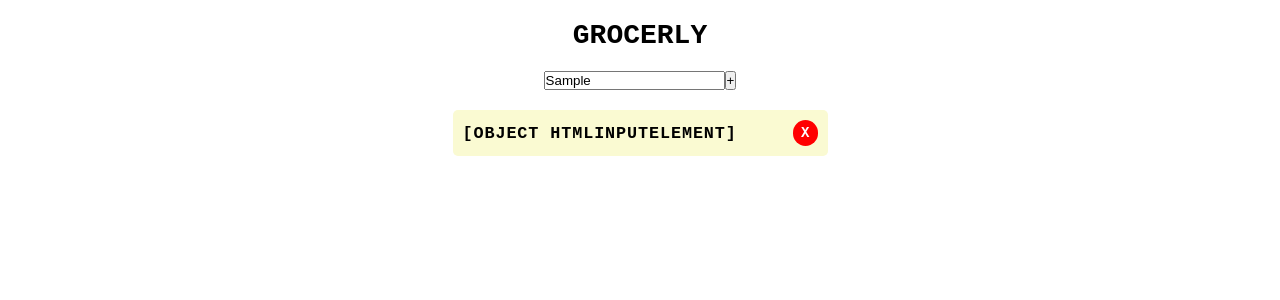
Repository: vikatgen/grocery-list
Page: index.html
These files come from the project's save history. The page is drawn as it stood at one moment and after the next save; the edit follows.
The browser window is 1280 px wide. The pictures show the whole page.
Empty fields were first filled with sample values (such as "Sample", 5 or name@example.com).
After loading, the first visible `#submit-button` was clicked once.

Above is the page before, as saved 2020-03-25 17:53:40.

### index.html
<!DOCTYPE html>
<html lang="en">
  <head>
    <meta charset="UTF-8" />
    <meta name="viewport" content="width=device-width, initial-scale=1.0" />
    <link rel="stylesheet" href="style.css" />
    <title>Grocerly</title>
  </head>
  <body>
    <header><span>Grocerly</span></header>
    <main>
      <div class="container input-container">
        <input type="text" id="add-grocery-input" />
        <input type="submit" value="+" id="submit-button" />
      </div>
    </main>
    <section>
      <div id="list-container" class="container"></div>
    </section>
    <script src="/app.js"></script>
  </body>
</html>

### style.css
* {
  padding: 0;
  margin: 0;
  box-sizing: border-box;
}

html {
  font-size: 14px;
  width: 100%;
  height: 100%;
}

.container {
  width: 90%;
  max-width: 375px;
}

header {
  width: 100%;
  display: flex;
  justify-content: center;
  padding: 20px 0px;
}

header span {
  font-size: 2rem;
  font-weight: bold;
  text-transform: uppercase;
  font-family: monospace;
}

.input-container {
  width: 100%;
  display: flex;
  margin: auto;
  justify-content: center;
  align-items: center;
}

#list-container {
  width: 100%;
  display: flex;
  flex-direction: column;
  justify-content: center;
  margin: 20px auto;
}

.list-item {
  display: flex;
  justify-content: space-between;
  align-items: center;
  padding: 10px;
  margin-bottom: 20px;
  background-color: lightgoldenrodyellow;
  border-radius: 5px;
}

.grocery-name {
  font-size: 1.2rem;
  text-transform: uppercase;
  font-weight: bold;
  font-family: monospace;
  letter-spacing: 0.9px;
}

.remove-list-item {
  cursor: pointer;
  background-color: red;
  display: inline-block;
  padding: 5px 8px;
  color: white;
  font-weight: bold;
  font-family: monospace;
  border-radius: 50px;
}

### app.js
const addGrocery = document.querySelector("#add-grocery-input");
const submitButton = document.querySelector("#submit-button");
const listContainer = document.querySelector("#list-container");

submitButton.addEventListener("click", event => {
  let rowDiv = document.createElement("div");
  rowDiv.classList.add("list-item");
  rowDiv.innerHTML = `
        <div class="grocery-name">${addGrocery}</div>
        <div class="remove-list-item">X</div>
    `;
  rowDiv.querySelector(".remove-list-item").addEventListener("click", event => {
    const currentRow = event.currentTarget.parentNode;
    currentRow.parentNode.removeChild(currentRow);
  });
  listContainer.append(rowDiv);
});

After the next save:
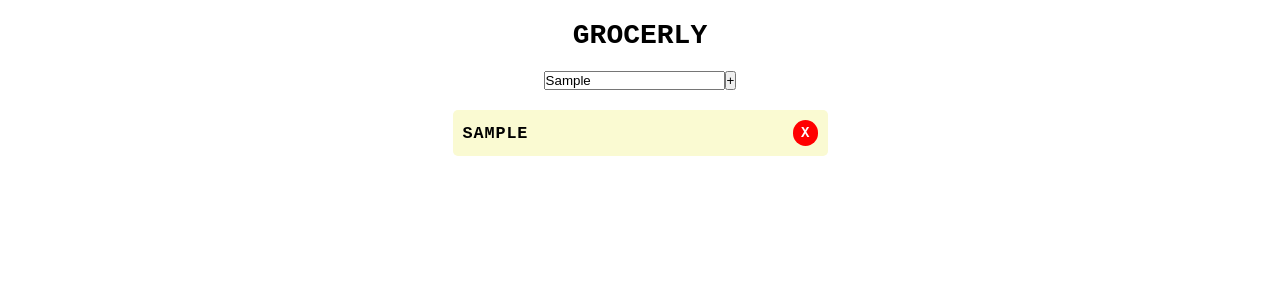
Saved 15 s later.
--- a/app.js
+++ b/app.js
@@ -6,7 +6,7 @@
   let rowDiv = document.createElement("div");
   rowDiv.classList.add("list-item");
   rowDiv.innerHTML = `
-        <div class="grocery-name">${addGrocery}</div>
+        <div class="grocery-name">${addGrocery.value}</div>
         <div class="remove-list-item">X</div>
     `;
   rowDiv.querySelector(".remove-list-item").addEventListener("click", event => {
